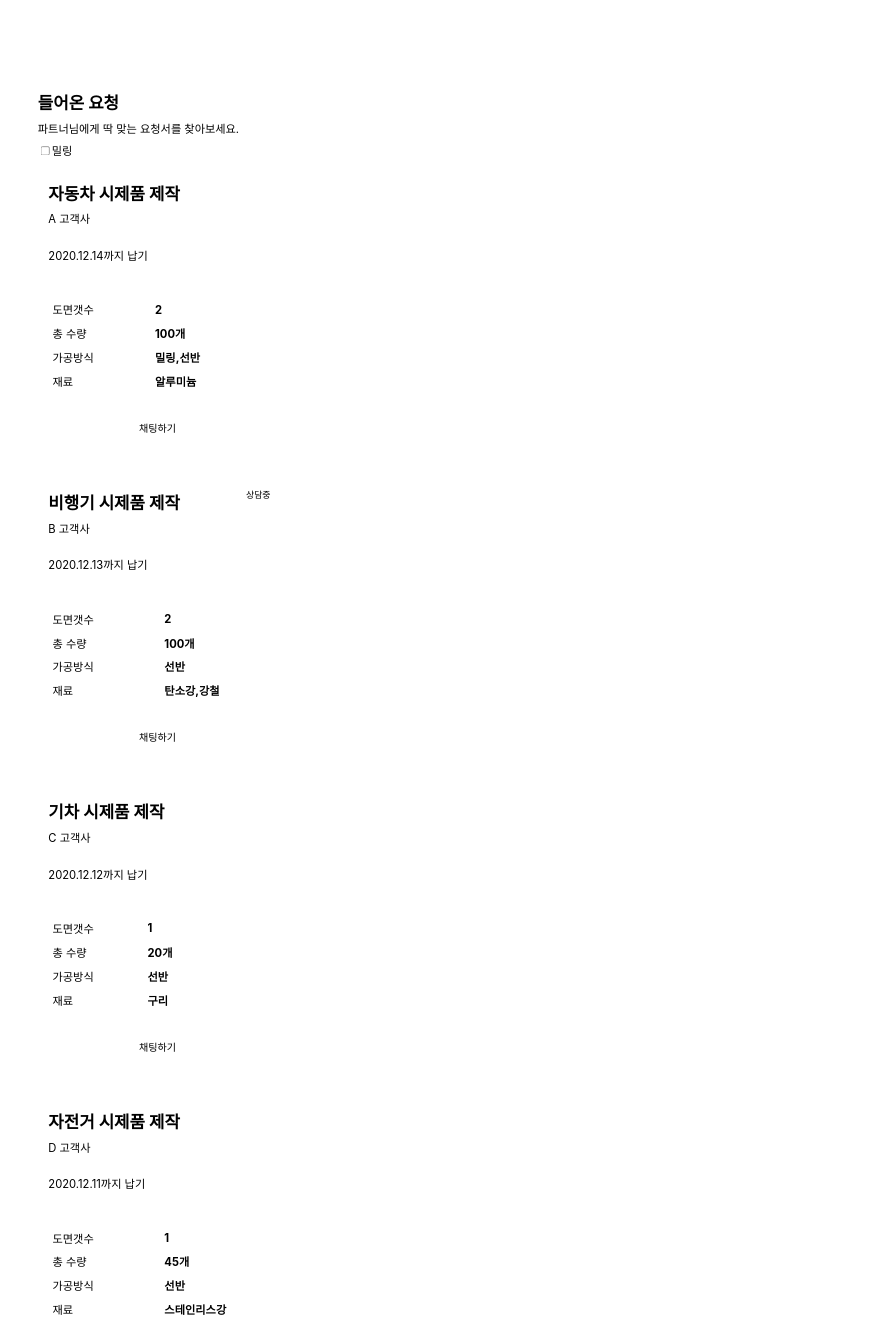
Repository: seoulsaram/capa
Page: /
The author's editor kept a copy of each file at every save. The page is drawn from the files as they stood at one save, then again after the next save.
The browser window is 1280 px wide. The pictures show the part of the page from y = 0 to 1920 px (the page is 2932 px tall before and 1141 px after), at 70% of full size.
The project was rebuilt for these pictures with package versions that can differ from the ones it lists, and the page was loaded fresh each time. Requests to the local data server were answered from the project's data file. Also part of the build but not shown: src/App.css, src/components/filter/filter.module.css.

Above is the page before, as saved 2021-03-06 03:38:35.

After the next save:
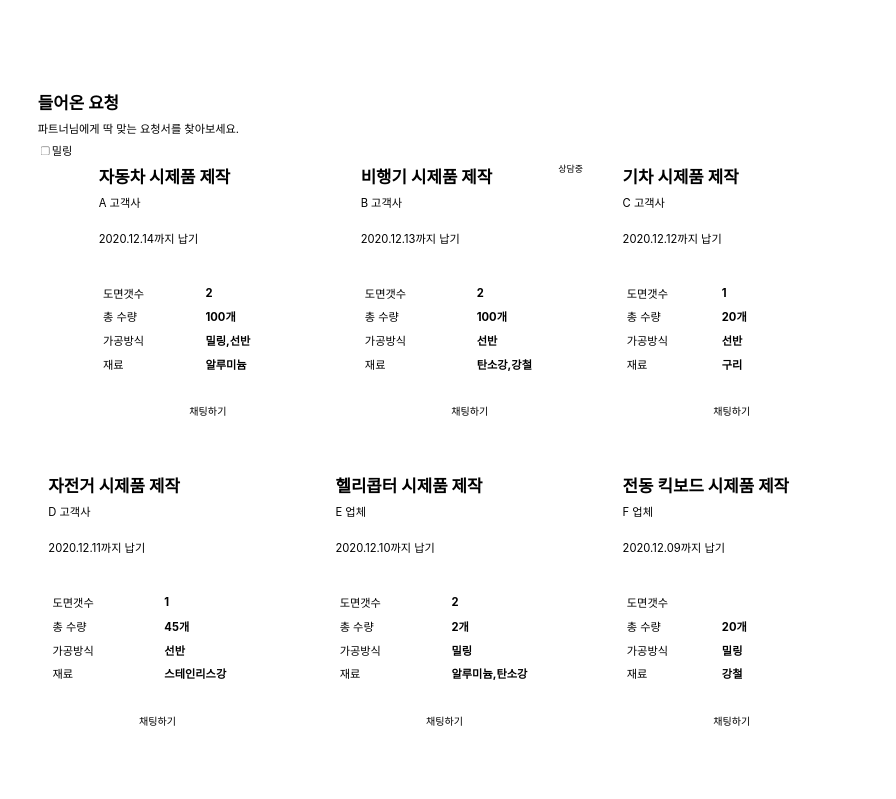
Saved 2 min 11 s later.
--- a/src/components/item_container/item_container.js
+++ b/src/components/item_container/item_container.js
@@ -14,12 +14,12 @@ const ItemContainer = ({ requestInfo }) => {
     <section className={styles.section}>
       <h2 className={styles.title}>들어온 요청</h2>
       <p className={styles.desc}>파트너님에게 딱 맞는 요청서를 찾아보세요.</p>
-      <Filter reqInfo={reqInfo} />
-      {reqInfo.map((info) => (
-        <ul className={styles.cards}>
+      <ul className={styles.cards}>
+        <Filter reqInfo={reqInfo} />
+        {reqInfo.map((info) => (
           <RequestBox reqInfo={info} />
-        </ul>
-      ))}
+        ))}
+      </ul>
     </section>
   );
 };
